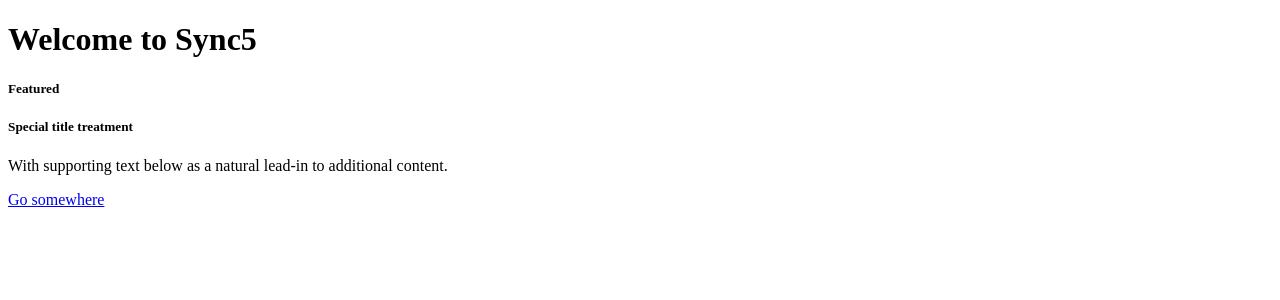
Repository: acciojob/bootstrap-card-vandanayadav15
Page: main.html
These files come from the project's save history. The page is drawn as it stood at one moment and after the next save; the edit follows.
The browser window is 1280 px wide. The pictures show the whole page.

Above is the page before, as saved 2022-10-28 17:40:31.

After the next save:
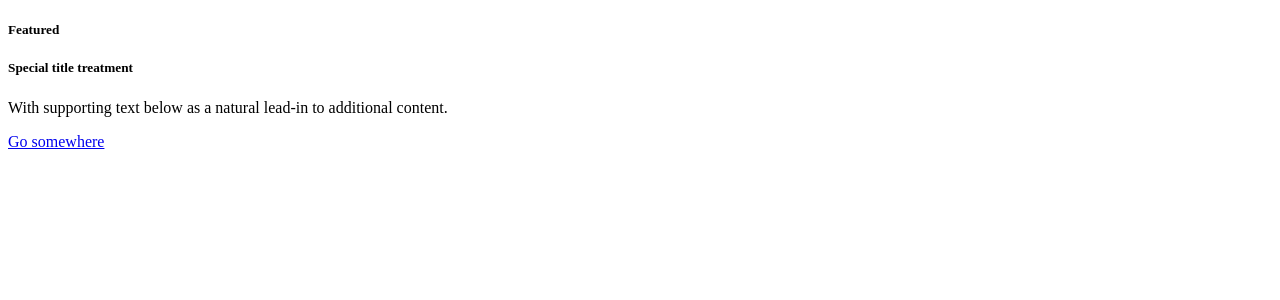
Saved 2 min 5 s later.
--- a/main.html
+++ b/main.html
@@ -8,7 +8,6 @@
 
 <body>
 	<!-- the entire body must be written by student -->
-	<h1>Welcome to Sync5</h1>
 	<div class="card">
 		<h5 class="card-header">Featured</h5>
 		<div class="card-body">
